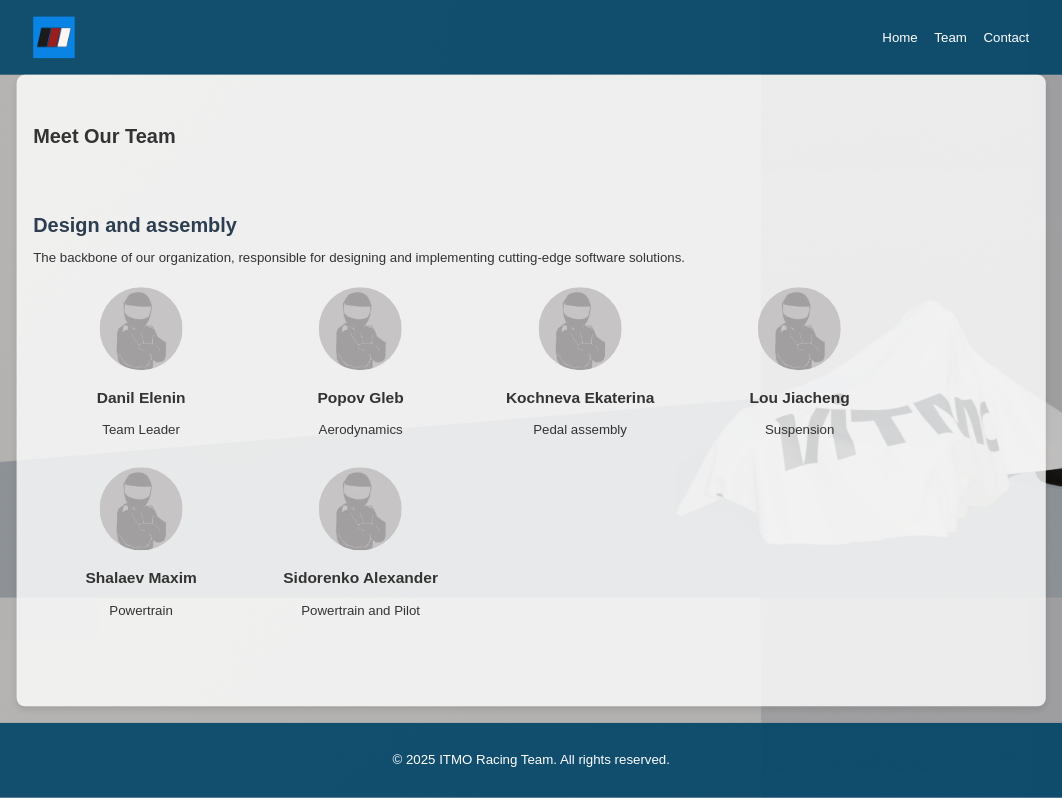
Repository: fs-itmo/fs-itmo.github.io
Page: team.html
The author's editor kept a copy of each file at every save. The page is drawn from the files as they stood at one save, then again after the next save.
The browser window is 1280 px wide. The pictures show the whole page, at 83% of full size.
Backgrounds fixed to the window are drawn as part of the page.

Above is the page before, as saved 2024-12-30 15:00:14.

### team.html
<!DOCTYPE html>
<html lang="en">
<head>
    <meta charset="UTF-8">
    <meta name="viewport" content="width=device-width, initial-scale=1.0">
    <title>Team - Autonomous Systems</title>
    <link rel="stylesheet" href="css/style.css">
</head>
<body>
    <header>
        <div class="container">
            <img src="assets/images/logo.png" alt="Logo" class="logo">
            <nav>
                <ul>
                    <li><a href="index.html">Home</a></li>
                    <li><a href="team.html" class="active">Team</a></li>
                    <li><a href="#contact">Contact</a></li>
                </ul>
            </nav>
        </div>
    </header>

    <section class="team-section">
        <h1>Meet Our Team</h1>

        <!-- Development Department -->
        <div class="team-department">
            <h2>Design and assembly</h2>
            <p>The backbone of our organization, responsible for designing and implementing cutting-edge software solutions.</p>
            <div class="team-member">
                <img src="assets/images/noname_pilot.png" alt="Danil Elenin">
                <h3>Danil Elenin</h3>
                <p>Team Leader</p>
            </div>
            <div class="team-member">
                <img src="assets/images/noname_pilot.png" alt="Popov Gleb">
                <h3>Popov Gleb</h3>
                <p>Aerodynamics</p>
            </div>
            <div class="team-member">
                <img src="assets/images/noname_pilot.png" alt="Kochneva Ekaterina">
                <h3>Kochneva Ekaterina</h3>
                <p>Pedal assembly</p>
            </div>
            <div class="team-member">
                <img src="assets/images/noname_pilot.png" alt="Lou Jiacheng">
                <h3>Lou Jiacheng</h3>
                <p>Suspension</p>
            </div>
            <div class="team-member">
                <img src="assets/images/noname_pilot.png" alt="Shalaev Maxim">
                <h3>Shalaev Maxim</h3>
                <p>Powertrain</p>
            </div>
            <div class="team-member">
              <img src="assets/images/noname_pilot.png" alt="Sidorenko Alexander">
              <h3>Sidorenko Alexander</h3>
              <p>Powertrain and Pilot</p>
          </div>
        </div>

        <!-- Add more departments here if needed -->
    </section>

    <footer>
        <p>&copy; 2025 ITMO Racing Team. All rights reserved.</p>
    </footer>
</body>
</html>

### css/style.css
html, body {
    height: 100%;
    margin: 0;
    padding: 0;
}

body {
    font-family: Arial, sans-serif;
    margin: 0;
    padding: 0;
    color: #333;
    background: url('assets/images/title.png') no-repeat center center fixed;
    background-size: cover;
}

header {
    background-color: rgba(0, 68, 102, 0.9);
    padding: 20px 0;
}

header .container {
    display: flex;
    justify-content: space-between;
    align-items: center;
    max-width: 1200px;
    margin: 0 auto;
    padding: 0 20px;
}

header .logo {
    max-height: 50px;
}

header nav ul {
    list-style: none;
    display: flex;
    margin: 0;
    padding: 0;
}

header nav ul li {
    margin-left: 20px;
}

header nav ul li a {
    text-decoration: none;
    color: white;
    font-size: 16px;
}

section {
    padding: 40px 20px;
    max-width: 1200px;
    margin: 0 auto;
    background: rgba(255, 255, 255, 0.8);
    border-radius: 10px;
    box-shadow: 0 4px 8px rgba(0, 0, 0, 0.1);
}

/* section#home {
    background: rgba(244, 244, 244, 0.9);
    text-align: center;
    padding: 60px 20px;
    border-radius: 10px;
} */

section#home {
    background: url("../assets/images/title.png") no-repeat center center/cover;
    color: white;
    text-align: center;
    padding: 10px 10px;
    min-height: 100vh;
    width: 100vw;
}


footer {
    background-color: rgba(0, 68, 102, 0.9);
    color: white;
    text-align: center;
    padding: 20px 0;
    margin-top: 20px;
}

.team-section {
    display: flex;
    flex-direction: column;
    gap: 40px;
}
.team-department {
    margin-bottom: 40px;
}
.team-department h2 {
    color: #2c3e50;
    margin-bottom: 10px;
}


/* Team members layout */
.team-member {
    display: inline-block;
    width: 20%;
    text-align: center;
    margin: 10px;
}

.team-member img {
    width: 100px;
    height: 100px;
    border-radius: 50%;
    object-fit: cover;
}


/* автопилот
Новичков Дмитрий
Козак Борис
конструкторы
Попов Глеб
Кочнева Екатерина
Лоу Цзячэн
Шалаев Максим
Сидоренко Александр (пилот)
электротехника
Петриков Фёдор
Савченко Андрей
Ву Куньлунь
Тарасов Степан */

After the next save:
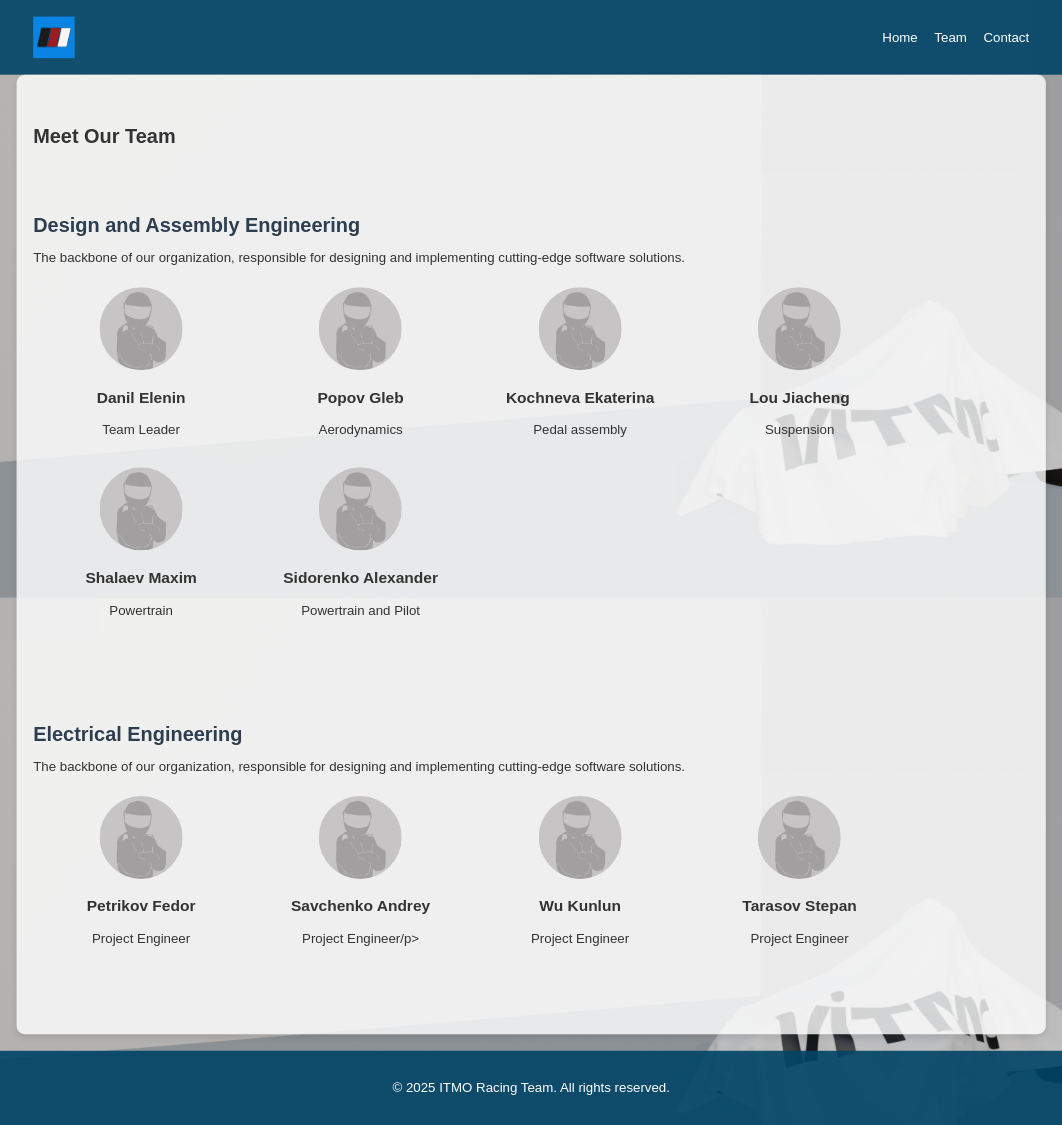
Saved 2 min 53 s later.
--- a/team.html
+++ b/team.html
@@ -25,7 +25,7 @@
 
         <!-- Development Department -->
         <div class="team-department">
-            <h2>Design and assembly</h2>
+            <h2>Design and Assembly Engineering</h2>
             <p>The backbone of our organization, responsible for designing and implementing cutting-edge software solutions.</p>
             <div class="team-member">
                 <img src="assets/images/noname_pilot.png" alt="Danil Elenin">
@@ -59,6 +59,33 @@
           </div>
         </div>
 
+
+        <!-- Development Department -->
+        <div class="team-department">
+          <h2>Electrical Engineering</h2>
+          <p>The backbone of our organization, responsible for designing and implementing cutting-edge software solutions.</p>
+          <div class="team-member">
+              <img src="assets/images/noname_pilot.png" alt="Petrikov Fedor">
+              <h3>Petrikov Fedor</h3>
+              <p>Project Engineer</p>
+          </div>
+          <div class="team-member">
+              <img src="assets/images/noname_pilot.png" alt="Savchenko Andrey">
+              <h3>Savchenko Andrey</h3>
+              <p>Project Engineer/p>
+          </div>
+          <div class="team-member">
+              <img src="assets/images/noname_pilot.png" alt="Wu Kunlun">
+              <h3>Wu Kunlun</h3>
+              <p>Project Engineer</p>
+          </div>
+          <div class="team-member">
+              <img src="assets/images/noname_pilot.png" alt="Tarasov Stepan">
+              <h3>Tarasov Stepan</h3>
+              <p>Project Engineer</p>
+          </div>
+        </div>
+
         <!-- Add more departments here if needed -->
     </section>
 
